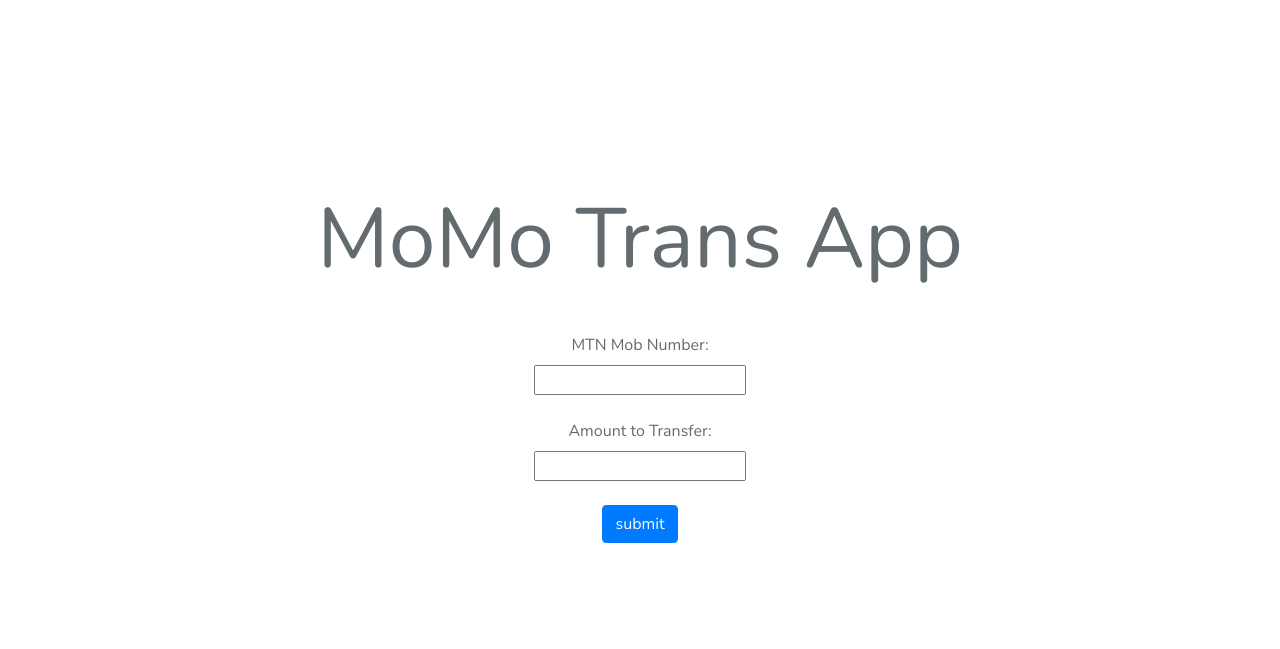
Repository: Vladmir-dev/Work
Page: http://localhost/
The author's editor kept a copy of each file at every save. The page is drawn from the files as they stood at one save, then again after the next save.
The browser window is 1280 px wide. The pictures show the whole page.
The page is served by the project's Laravel application, run on PHP 8.4 with Laravel 8. Other server files are loaded and not shown.

Above is the page before, as saved 2021-02-10 17:27:41.
Console error (its wording comes from the project's code and is left out).

### MoMo_Trans/routes/web.php
<?php

use App\Http\Controllers\transactionsController;
use Illuminate\Support\Facades\Route;

/*
|--------------------------------------------------------------------------
| Web Routes
|--------------------------------------------------------------------------
|
| Here is where you can register web routes for your application. These
| routes are loaded by the RouteServiceProvider within a group which
| contains the "web" middleware group. Now create something great!
|
*/

Route::get('/', function () {
    return view('welcome');
});

Route::get('paymomo', 'transactionsController@paymomo')->name('paymomo');

### MoMo_Trans/resources/views/welcome.blade.php
<!DOCTYPE html>
<html lang="{{ str_replace('_', '-', app()->getLocale()) }}">
    <head>
        <meta charset="utf-8">
        <meta name="viewport" content="width=device-width, initial-scale=1">

        <title>Laravel</title>

        <!-- Fonts -->
        <link href="https://fonts.googleapis.com/css2?family=Nunito:wght@200;600&display=swap" rel="stylesheet">
        <link rel="stylesheet" href="https://stackpath.bootstrapcdn.com/bootstrap/4.5.2/css/bootstrap.min.css">
        <script src="https://stackpath.bootstrapcdn.com/bootstrap/4.5.2/js/bootstrap.min.js"></script>
        <link href='{{ asset('assets/css/style.css') }}' rel='stylesheet' type='text/css'>
		<script src="{{ asset('assets/js/jquery-3.2.1.js') }}"></script>
        <!-- Styles -->
        <style>
            html, body {
                background-color: #fff;
                color: #636b6f;
                font-family: 'Nunito', sans-serif;
                font-weight: 200;
                height: 100vh;
                margin: 0;
            }

            .full-height {
                height: 100vh;
            }

            .flex-center {
                align-items: center;
                display: flex;
                justify-content: center;
            }

            .position-ref {
                position: relative;
            }

            .top-right {
                position: absolute;
                right: 10px;
                top: 18px;
            }

            .content {
                text-align: center;
            }

            .title {
                font-size: 84px;
            }

            .links > a {
                color: #636b6f;
                padding: 0 25px;
                font-size: 13px;
                font-weight: 600;
                letter-spacing: .1rem;
                text-decoration: none;
                text-transform: uppercase;
            }

            .m-b-md {
                margin-bottom: 30px;
            }
        </style>

        <script type='text/javascript'>
		var recognition = new webkitSpeechRecognition();

		recognition.onresult = function (event) {
			console.log('result');
			var saidText = "";
			for (var i = event.resultIndex; i < event.results.length; i++) {
				if (event.results[i].isFinal) {
					saidText = event.results[i][0].transcript;
				} else {
					saidText += event.results[i][0].transcript;
				}
			}

			document.getElementById('speechText').value = saidText;

			// Search Posts
			searchPosts(saidText);
		}

		function startRecording() {
			recognition.start();
		}

		// Search Posts
		function searchPosts(saidText) {

			$.ajax({
				url: 'getData.php',
				type: 'post',
				data: { speechText: saidText },
				success: function (response) {
					$('.container').empty();
					$('.container').append(response);
				}
			});
		}

    </script>


    </head>
    <body>
        <div class="flex-center position-ref full-height">
            @if (Route::has('login'))
                <div class="top-right links">
                    @auth
                        <a href="{{ url('/home') }}">Home</a>
                    @else
                        <a href="{{ route('login') }}">Login</a>

                        @if (Route::has('register'))
                            <a href="{{ route('register') }}">Register</a>
                        @endif
                    @endauth
                </div>
            @endif

            <div class="content">
                <div class="title m-b-md">
                    MoMo Trans App
                </div>

                <div class="links">
                    <form action="{{ route('paymomo') }}" class="form-outer">
                        <label>MTN Mob Number:</label><br>
                        <input type="tel" name="momo_number" id="momo_number"> <br> <br>
                        <label>Amount to Transfer:</label><br>
                        <input type="number" name="momo_amount" id="momo_amount"> <br> <br>



                        <input type="submit" value="submit" class="btn btn-primary">
                    </form>
                </div>
            </div>
        </div>
    </body>
</html>

### MoMo_Trans/public/assets/css/style.css
.search_container{
    margin: 0 auto;
    width: 55%;
}

.search_container #speechText{
    width: 80%;
    padding-top: 5px;
    padding-bottom: 5px;
}

.search_container #start{
    padding-top: 5px;
    padding-bottom: 5px;
}

.container{
    width: 55%;
    margin: 0 auto;
    border: 0px solid black;
    padding: 10px 0px;
}

/* post */
.post{
    width: 97%;
    min-height: 200px;
    padding: 5px;
    border: 1px solid gray;
    margin-bottom: 15px;
}

.post h1{
    letter-spacing: 1px;
    font-weight: normal;
    font-family: sans-serif;
}


.post p{
    letter-spacing: 1px;
    text-overflow: ellipsis;
    line-height: 25px;
}

/* more link */
.more{
    color: blue;
    text-decoration: none;
    letter-spacing: 1px;
    font-size: 16px;
}

Loaded but not shown: MoMo_Trans/public/assets/js/jquery-3.2.1.js (library)

After the next save:
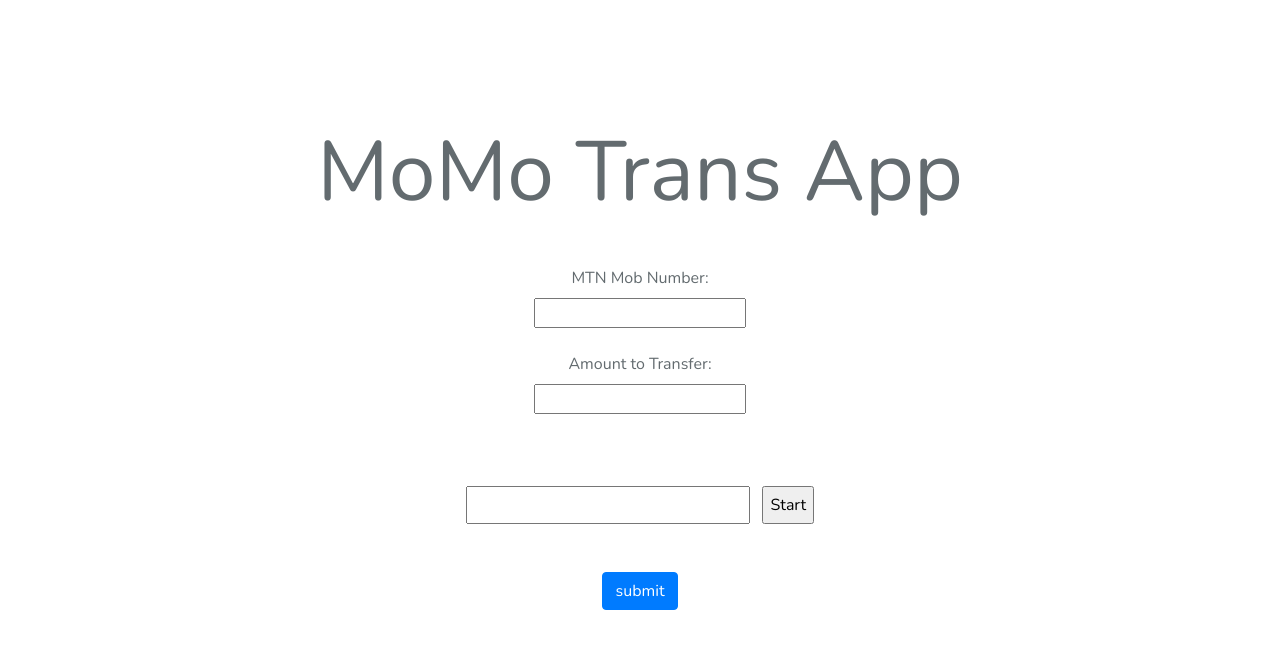
Saved 7 s later.
--- a/MoMo_Trans/resources/views/welcome.blade.php
+++ b/MoMo_Trans/resources/views/welcome.blade.php
@@ -136,7 +136,13 @@
                         <label>Amount to Transfer:</label><br>
                         <input type="number" name="momo_amount" id="momo_amount"> <br> <br>
 
-
+                        <br><br>
+                        <div class='search_container'>
+                            <!-- Search box-->
+                            <input type='text' id='speechText'> &nbsp; <input type='button' id='start' value='Start'
+                                onclick='startRecording();'>
+                        </div>
+                        <br><br>
 
                         <input type="submit" value="submit" class="btn btn-primary">
                     </form>
